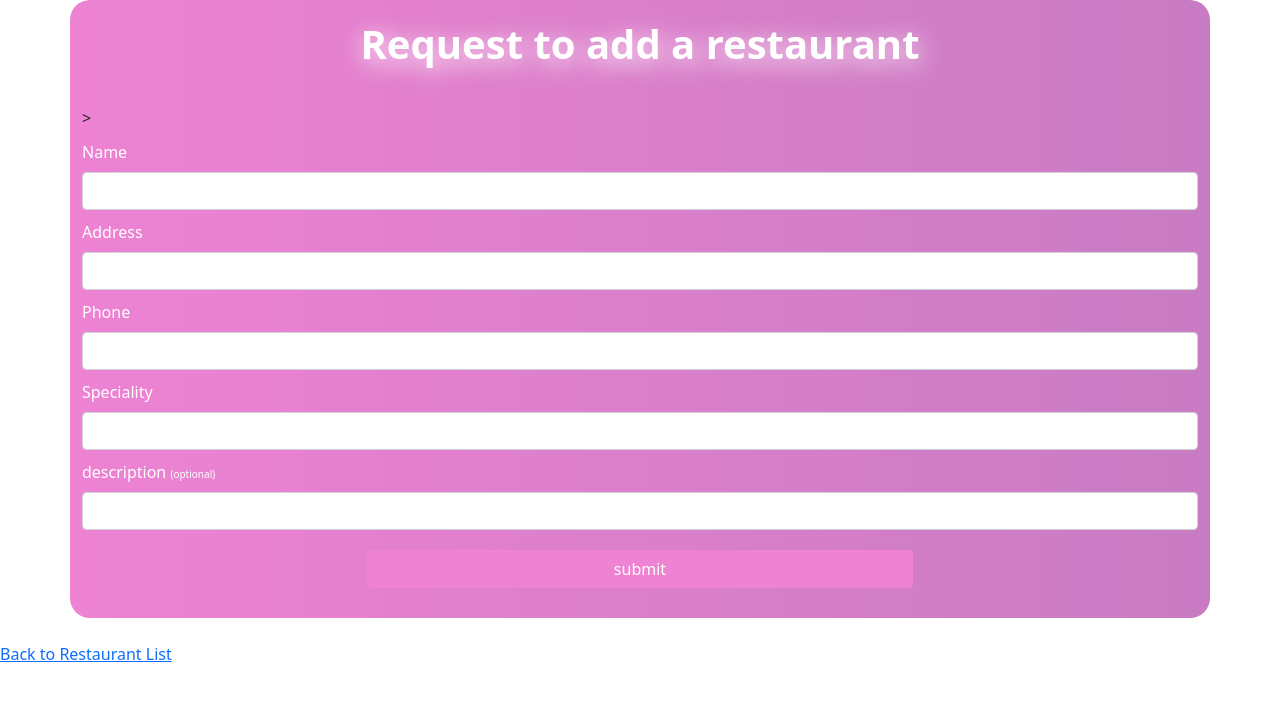
Repository: eyaajili/j2ee
Page: http://localhost/projet_j2ee/addRestaurant.jsp
These files come from the project's save history. The page is drawn as it stood at one moment and after the next save; the edit follows.
The browser window is 1280 px wide. The pictures show the whole page.
The page is served by Tomcat 9. Other server files are loaded and not shown.

Above is the page before, as saved 2023-04-29 21:22:19.

### projet j2ee/src/main/webapp/addRestaurant.jsp
<%@ page language="java" contentType="text/html; charset=ISO-8859-1"
    pageEncoding="ISO-8859-1"%>
<%@ taglib prefix="c" uri="http://java.sun.com/jsp/jstl/core" %>
<!DOCTYPE html>
<html lang="en">
<head>
    <meta charset="UTF-8">
    <meta http-equiv="X-UA-Compatible" content="IE=edge">
    <meta name="viewport" content="width=device-width, initial-scale=1.0">
    <title>Request</title>
    <link
    href="https://cdn.jsdelivr.net/npm/bootstrap@5.0.2/dist/css/bootstrap.min.css"
    rel="stylesheet"
    integrity="sha384-EVSTQN3/azprG1Anm3QDgpJLIm9Nao0Yz1ztcQTwFspd3yD65VohhpuuCOmLASjC"
    crossorigin="anonymous"
  />
  <style>
    .title{
        color: white;
         font-weight: 700;
        text-align: center;
        margin-top: 20PX;
        text-shadow: 2px 5px 25px white;;
    }
    label{
      color: white;
    }

    .request{
      margin-top: 30px;
    }

    .field{
      margin-top: 10PX;
      margin-bottom: 10PX;
    }

    .container{
      border-radius: 20PX;
    }
  </style>
</head>
<body>
    <div class="container" style="
    background-image: linear-gradient(
      90deg,
      #ee82d3,
      rgba(194, 109, 188, 0.9)
    );
  ">
    <div class="row">
      <h1 class="title">Request to add a restaurant</h1>
    </div>
    <div class="row">
      <form class="request" form method="get" action="Servlet">
>
        <div class="field">
          <label class="form-label" for="name">Name</label>
          <input name="name" class="form-control" type="text">
        </div>
        <div class="field">
          <label class="form-label" for="address">Address</label>
          <input name="address" class="form-control" type="text">
        </div>
        <div class="field">
          <label class="form-label" for="phone">Phone</label>
          <input name="phone" class="form-control" type="text">
        </div>
        <div class="field">
          <label class="form-label" for="speciality">Speciality</label>
          <input name="speciality" class="form-control" type="text">
        </div>
        <div class="field">
          <label class="form-label" for="description" >description <span style="font-size: 10PX;">(optional)</span></label>
          <input class="form-control" type="text">
        </div>
        <div class="row">
          <div class="col-3"></div>
          <div class="col-6"><div class="d-grid gap-2">
          <button class="btn" style="margin-top: 10px; margin-bottom: 30px; background-color: #ee82d3; color: white;"value="Add" type="submit">submit</button></div></div>
          <div class="col-3"></div>
        </div>
        <input type="hidden" name="action" value="addRestaurant">
      </form>
    </div>
    </div>
    <br>
                  <a href="Servlet?action=listRestaurant">Back to Restaurant List</a>
</body>
</html>

After the next save:
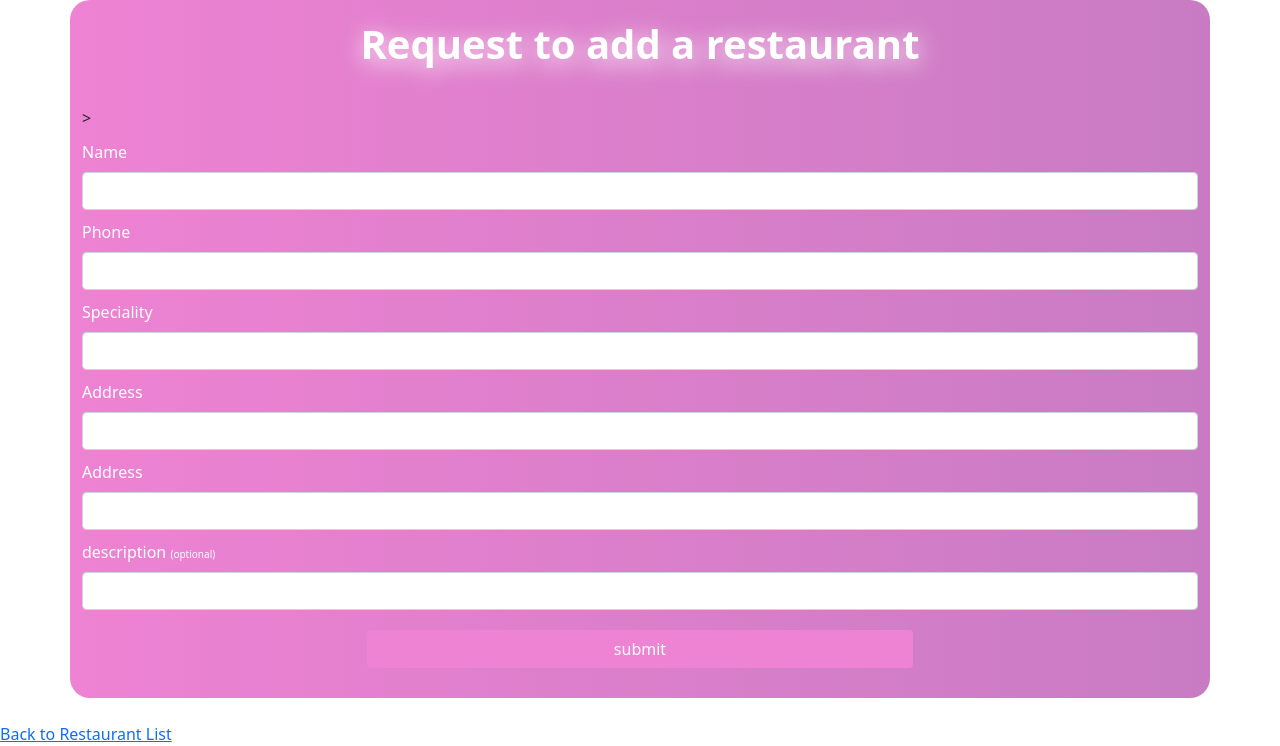
Saved 104 s later.
--- a/projet j2ee/src/main/webapp/addRestaurant.jsp
+++ b/projet j2ee/src/main/webapp/addRestaurant.jsp
@@ -58,18 +58,24 @@
           <label class="form-label" for="name">Name</label>
           <input name="name" class="form-control" type="text">
         </div>
+                <div class="field">
+          <label class="form-label" for="phone">Phone</label>
+          <input name="phone" class="form-control" type="text">
+        </div>
+
+        <div class="field">
+          <label class="form-label" for="speciality">Speciality</label>
+          <input name="speciality" class="form-control" type="text">
+        </div>
         <div class="field">
           <label class="form-label" for="address">Address</label>
           <input name="address" class="form-control" type="text">
         </div>
-        <div class="field">
-          <label class="form-label" for="phone">Phone</label>
-          <input name="phone" class="form-control" type="text">
+                <div class="field">
+          <label class="form-label" for="imgUrl">Address</label>
+          <input name="imgUrl" class="form-control" type="text">
         </div>
-        <div class="field">
-          <label class="form-label" for="speciality">Speciality</label>
-          <input name="speciality" class="form-control" type="text">
-        </div>
+
         <div class="field">
           <label class="form-label" for="description" >description <span style="font-size: 10PX;">(optional)</span></label>
           <input class="form-control" type="text">
